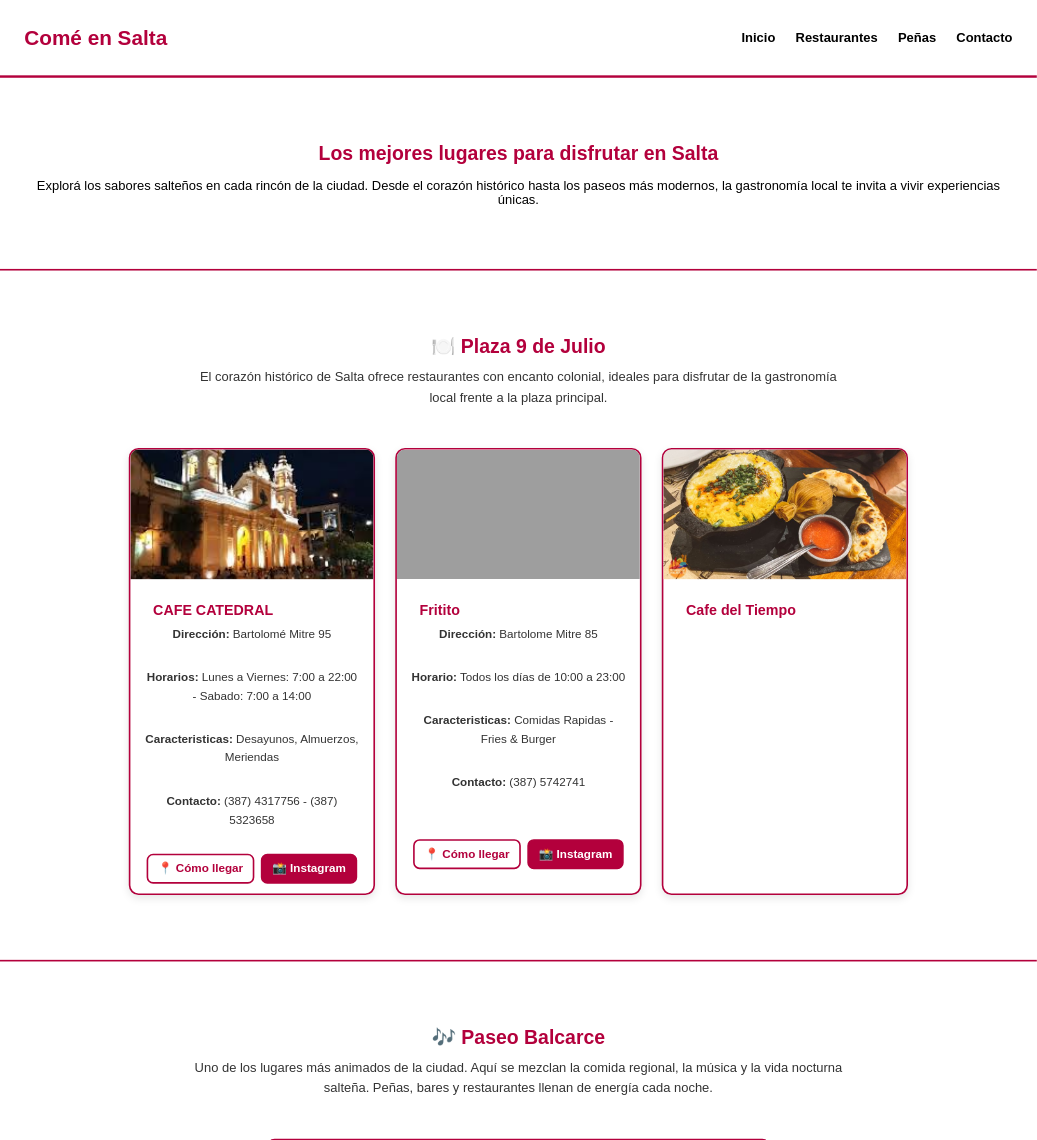
Repository: nahir95/come-en-salta
Page: restaurantes.html
The author's editor kept a copy of each file at every save. The page is drawn from the files as they stood at one save, then again after the next save.
The browser window is 1280 px wide. The pictures show the part of the page from y = 0 to 1408 px (the page is 4416 px tall), at 81% of full size.
Pictures or frames that could not be fetched are drawn as grey boxes.

Above is the page before, as saved 2025-11-12 01:35:52.

### restaurantes.html
<!doctype html>
<html lang="es">
<head>
  <meta charset="utf-8" />
  <meta name="viewport" content="width=device-width, initial-scale=1" />
  <title>Restaurantes - Comé en Salta</title>
  <link rel="stylesheet" href="style.css">
</head>

<body>
  <header>
    <h1>Comé en Salta</h1>
    <nav>
      <a href="index.html">Inicio</a>
      <a href="restaurantes.html">Restaurantes</a>
      <a href="penas.html">Peñas</a>
      <a href="#contacto">Contacto</a>
    </nav>
  </header>

  <main class="restaurantes">
    <section class="intro">
      <h2>Los mejores lugares para disfrutar en Salta</h2>
      <p>Explorá los sabores salteños en cada rincón de la ciudad. Desde el corazón histórico hasta los paseos más modernos, la gastronomía local te invita a vivir experiencias únicas.</p>
    </section>

    <!-- PLAZA 9 DE JULIO -->
<section id="plaza9" class="zona">
  <h2>🍽️ Plaza 9 de Julio</h2>
  <p>El corazón histórico de Salta ofrece restaurantes con encanto colonial, ideales para disfrutar de la gastronomía local frente a la plaza principal.</p>

  <div class="zona-grid">

    <!-- Restaurante 1 -->
    <article class="card restaurante">
      <img src="imagenes/cafe-catedral.jpeg" alt="El Solar del Convento">
      <div class="card-content">
        <h3>CAFE CATEDRAL</h3>
        <p><strong>Dirección:</strong> Bartolomé Mitre 95</p>
        <p><strong>Horarios:</strong> Lunes a Viernes: 7:00 a 22:00 - Sabado: 7:00 a 14:00</p>
        <p><strong>Caracteristicas:</strong> Desayunos, Almuerzos, Meriendas</p>
        <p><strong>Contacto:</strong> (387) 4317756 - (387) 5323658</p>
        <div class="btns-resto">
          <a href="https://maps.app.goo.gl/VMKrjFsvunXBDcr2A" target="_blank" class="btn">📍 Cómo llegar</a>
          <a href="https://www.instagram.com/cafecatedral_?igsh=MnE1amYwa3dqeDF6" target="_blank" class="btn btn-secundario">📸 Instagram</a>
        </div>
      </div>
    </article>

    <!-- Restaurante 2 -->
    <article class="card restaurante">
      <img src="https://images.unsplash.com/photo-1565299624946-b28f40a0ae38?w=800" alt="Fritito">
      <div class="card-content">
        <h3>Fritito</h3>
        <p><strong>Dirección:</strong> Bartolome Mitre 85</p>
        <p><strong>Horario:</strong> Todos los días de 10:00 a 23:00</p>
        <p><strong>Caracteristicas:</strong> Comidas Rapidas - Fries & Burger</p>
        <p><strong>Contacto:</strong> (387) 5742741</p> <br>
        <div class="btns-resto">
          <a href="https://maps.app.goo.gl/fA5zTu5r4aBTFWrC6?g_st=aw" target="_blank" class="btn">📍 Cómo llegar</a>
          <a href="https://www.instagram.com/fritito.salta?igsh=MXFieXNvZHdlZHZzZg==" target="_blank" class="btn btn-secundario">📸 Instagram</a>
        </div>
      </div>
    </article>

    <!-- Restaurante 3 -->
     <article class="card restaurante">
      <img src="imagenes/carrusel-1.jpg" alt="Cafe del Tiempo">
      <div class="card-content">
        <h3>Cafe del Tiempo</h3>
      </div>

     </article>

  </div>
</section>


    <!-- PASEO BALCARCE -->
    <section id="balcarce" class="zona">
      <h2>🎶 Paseo Balcarce</h2>
      <p>Uno de los lugares más animados de la ciudad. Aquí se mezclan la comida regional, la música y la vida nocturna salteña. Peñas, bares y restaurantes llenan de energía cada noche.</p>

      <div class="zona-grid">
        <article class="card">
          <img src="https://images.unsplash.com/photo-1528605248644-14dd04022da1?w=800" alt="Paseo Balcarce Salta">
          <h3>La Vieja Estación</h3>
          <p>Tradicional peña y restaurante con show en vivo. Ideal para probar empanadas y locro.</p>
        </article>
        <article class="card">
          <img src="https://images.unsplash.com/photo-1600891964599-f61ba0e24092?w=800" alt="Restaurante moderno en Balcarce">
          <h3>La Monumental</h3>
          <p>Restaurante moderno con opciones gourmet y coctelería de autor.</p>
        </article>
      </div>
    </section>

    <!-- PASEO GÜEMES -->
    <section id="guemes" class="zona">
      <h2>🍷 Paseo Güemes</h2>
      <p>La zona joven y moderna de Salta. Ideal para quienes buscan cocina contemporánea, bares y terrazas con estilo. Un punto de encuentro entre turistas y locales.</p>

      <div class="zona-grid">
        <article class="card">
          <img src="https://images.unsplash.com/photo-1615719413546-198b25453f85?w=800" alt="Paseo Güemes">
          <h3>El Charrúa</h3>
          <p>Especialidad en carnes a la parrilla y vinos de altura. Un clásico salteño imperdible.</p>
        </article>
        <article class="card">
          <img src="https://images.unsplash.com/photo-1551218808-94e220e084d2?w=800" alt="Café moderno">
          <h3>Baco Resto Bar</h3>
          <p>Ambiente moderno y excelente coctelería, ideal para compartir entre amigos.</p>
        </article>
      </div>
    </section>

    <!-- CADENAS DE COMIDAS RÁPIDAS -->
    <section id="rapidas" class="zona">
      <h2>🍔 Cadenas de Comidas Rápidas</h2>
      <p>También hay opciones para quienes buscan algo rápido y conocido. Las principales cadenas se encuentran cerca del centro y los shoppings.</p>

      <ul class="lista-rapidas">
        <li>McDonald’s – Shopping Alto NOA</li>
        <li>Burger King – Caseros 500</li>
        <li>Mostaza – Paseo Güemes</li>
        <li>Subway – Balcarce 50</li>
      </ul>
    </section>

    <!-- EXTRA: RESTAURANTES DESTACADOS -->
    <section id="destacados" class="zona">
      <h2>⭐ Recomendados por los turistas</h2>
      <p>Según visitantes y locales, estos son algunos de los restaurantes imperdibles para vivir la experiencia completa de la gastronomía salteña.</p>
      <div class="zona-grid">
        <article class="card">
          <img src="https://images.unsplash.com/photo-1504674900247-0877df9cc836?w=800" alt="Empanadas salteñas">
          <h3>Doña Salta</h3>
          <p>Empanadas caseras, locro y guisos típicos en un ambiente colonial.</p>
        </article>
        <article class="card">
          <img src="https://images.unsplash.com/photo-1601924582971-c8b28a3a13f1?w=800" alt="Locro salteño">
          <h3>El Patio de la Empanada</h3>
          <p>Conocido por su sabor auténtico y precios populares. Ideal para turistas.</p>
        </article>
      </div>
    </section>
  </main>

  <footer>
    Creado con ❤️ por Comé en Salta · 2025
  </footer>
</body>
</html>

### style.css
/* ==========================
   ESTILOS GENERALES
========================== */
body {
  margin: 0;
  font-family: 'Poppins', sans-serif;
  background-color: #fff;
  color: #000;
}

/* ==========================
   HEADER
========================== */
header {
  display: flex;
  justify-content: space-between;
  align-items: center;
  background-color: #fff;
  padding: 15px 30px;
  border-bottom: 3px solid #b3003c;
}

header h1 {
  color: #b3003c;
  font-size: 1.6rem;
}

nav {
  display: flex;
  gap: 25px;
}

nav a {
  text-decoration: none;
  color: #000;
  font-weight: 600;
  transition: color 0.3s ease;
}

nav a:hover {
  color: #b3003c;
}

/* ==========================
   CARRUSEL (HERO)
========================== */
.hero {
  position: relative;
  width: 100%;
  overflow: hidden;
}

.carousel-container {
  position: relative;
  width: 100%;
  height: 80vh;
}

.carousel {
  display: flex;
  width: 300%;
  transition: transform 0.8s ease-in-out;
}

.carousel img {
  width: 100%;
  height: 80vh;
  object-fit: cover;
  filter: brightness(0.7);
}

/* Botones del carrusel */
.btn-carrusel {
  position: absolute;
  top: 50%;
  transform: translateY(-50%);
  background-color: rgba(179, 0, 60, 0.8);
  color: white;
  border: none;
  font-size: 2rem;
  padding: 10px 15px;
  cursor: pointer;
  border-radius: 50%;
  transition: background 0.3s ease;
}

.btn-carrusel:hover {
  background-color: #b3003c;
}

#prev { left: 20px; }
#next { right: 20px; }

/* Texto sobre el carrusel */
.overlay {
  position: absolute;
  top: 50%;
  left: 50%;
  transform: translate(-50%, -50%);
  color: white;
  text-align: center;
  text-shadow: 0 2px 5px rgba(0,0,0,0.7);
}

.overlay h2 {
  font-size: 2rem;
  color: #fff;
  margin-bottom: 10px;
}

.overlay p {
  font-size: 1.2rem;
}

/* ==========================
   SECCIÓN INICIO
========================== */
.inicio {
  text-align: center;
  padding: 80px 20px;
  background-color: #fff;
}

.inicio h2 {
  color: #b3003c;
  font-size: 2rem;
  margin-bottom: 15px;
}

.inicio p {
  max-width: 800px;
  margin: 0 auto 30px auto;
  color: #333;
  line-height: 1.6;
}

/* BOTONES PRINCIPALES */
.inicio-buttons .btn {
  display: inline-block;
  margin: 10px;
  padding: 12px 24px;
  border: 2px solid #b3003c;
  border-radius: 8px;
  color: #b3003c;
  background: transparent;
  text-decoration: none;
  font-weight: 600;
  transition: all 0.3s ease;
}

.inicio-buttons .btn:hover {
  background: #b3003c;
  color: white;
}
/* ==========================
   SECCIÓN "POR QUÉ COMER EN SALTA"
========================== */
.porque {
  text-align: center;
  padding: 60px 20px;
  background-color: #f7f7f7;
  border-top: 2px solid #b3003c;
  border-bottom: 2px solid #b3003c;
}

.porque h2 {
  color: #b3003c;
  margin-bottom: 15px;
}

.porque p {
  max-width: 800px;
  margin: auto;
  font-size: 1.1rem;
  color: #333;
  line-height: 1.6;
}

/* ==========================
   SABORES
========================== */
.sabores {
  padding: 60px 20px;
  background-color: #fff;
  text-align: center;
}

.sabores h2 {
  color: #b3003c;
  margin-bottom: 25px;
}

.sabores-grid {
  display: grid;
  grid-template-columns: repeat(auto-fit, minmax(220px, 1fr));
  gap: 25px;
}

.plato {
  background: #fff;
  border-radius: 12px;
  border: 2px solid #b3003c;
  overflow: hidden;
  transition: transform 0.3s ease, box-shadow 0.3s ease;
}

.plato:hover {
  transform: scale(1.05);
  box-shadow: 0 4px 12px rgba(0,0,0,0.15);
}

.plato img {
  width: 100%;
  height: 160px;
  object-fit: cover;
}

.plato h3 {
  padding: 12px;
  color: #b3003c;
}

/* ==========================
   FRASE FINAL
========================== */
.frase {
  background: #b3003c;
  color: white;
  text-align: center;
  padding: 40px 10px;
  font-style: italic;
  font-size: 1.2rem;
}

/* ==========================
   FOOTER
========================== */
footer {
  background-color: #fff;
  color: #333;
  text-align: center;
  padding: 20px;
  border-top: 3px solid #b3003c;
  font-weight: 500;
}
.carousel-container {
  position: relative;
  overflow: hidden;
  width: 100%;
  height: 400px;
}

.carousel {
  display: flex;
  transition: transform 1s ease;
  width: 100%;
  height: 100%;
}

.carousel img {
  flex: 0 0 100%;
  width: 100%;
  height: 100%;
  object-fit: cover;
}
/* ==========================
   RESTAURANTES
========================== */
.restaurantes .intro {
  text-align: center;
  padding: 60px 20px;
}

.restaurantes .intro h2 {
  color: #b3003c;
  margin-bottom: 10px;
}

.restaurantes .zona {
  padding: 60px 20px;
  border-top: 2px solid #b3003c;
  background-color: #fff;
}

.restaurantes .zona h2 {
  color: #b3003c;
  margin-bottom: 10px;
  text-align: center;
}

.restaurantes .zona p {
  text-align: center;
  max-width: 800px;
  margin: 0 auto 30px auto;
  line-height: 1.6;
  color: #333;
}

.zona-grid {
  display: grid;
  grid-template-columns: repeat(auto-fit, minmax(250px, 1fr));
  gap: 25px;
}

.card {
  background: #fff;
  border: 2px solid #b3003c;
  border-radius: 10px;
  overflow: hidden;
  transition: transform 0.3s ease, box-shadow 0.3s ease;
}

.card:hover {
  transform: scale(1.05);
  box-shadow: 0 4px 12px rgba(0,0,0,0.15);
}

.card img {
  width: 100%;
  height: 180px;
  object-fit: cover;
}

.card h3 {
  margin: 12px;
  color: #b3003c;
}

.card p {
  margin: 0 12px 15px 12px;
  color: #333;
}

.lista-rapidas {
  max-width: 600px;
  margin: 0 auto;
  list-style: none;
  padding: 0;
  text-align: center;
}

.lista-rapidas li {
  background: #f8f8f8;
  border: 1px solid #b3003c;
  padding: 10px;
  border-radius: 6px;
  margin-bottom: 8px;
  color: #333;
  transition: background 0.3s;
}

.lista-rapidas li:hover {
  background: #b3003c;
  color: white;
}
/* === Contenedor general de las tarjetas === */
.zona-grid {
  display: flex;
  flex-wrap: wrap;
  justify-content: center; /* 🔹 centra todas las tarjetas */
  gap: 25px; /* espacio entre tarjetas */
  max-width: 1000px; /* 🔹 limita el ancho total del grid */
  margin: 0 auto; /* centra el bloque en la página */
  padding: 20px;
}

/* === Tarjetas de restaurantes === */
.restaurante {
  background: #fff;
  border: 2px solid #b3003c;
  border-radius: 12px;
  overflow: hidden;
  flex: 1 1 calc(33.333% - 40px); /* 🔹 3 por fila con espacio */
  max-width: 300px; /* evita que crezcan demasiado */
  box-shadow: 0 4px 10px rgba(0,0,0,0.1);
  transition: transform 0.3s ease, box-shadow 0.3s ease;
}

.restaurante:hover {
  transform: translateY(-5px);
  box-shadow: 0 6px 16px rgba(0,0,0,0.15);
}

.restaurante img {
  width: 100%;
  height: 160px;
  object-fit: cover;
}

.restaurante .card-content {
  padding: 12px 16px;
}

.restaurante h3 {
  color: #b3003c;
  font-size: 1.1rem;
  margin-bottom: 8px;
}

.restaurante p {
  color: #333;
  margin: 4px 0;
  font-size: 0.9rem;
}

/* === Botones === */
.btns-resto {
  display: flex;
  justify-content: center;
  gap: 8px;
  margin-top: 10px;
  flex-wrap: wrap;
}

.btns-resto .btn {
  display: inline-block;
  text-align: center;
  padding: 8px 12px;
  border: 2px solid #b3003c;
  border-radius: 8px;
  text-decoration: none;
  color: #b3003c;
  font-weight: 600;
  transition: all 0.3s ease;
  font-size: 0.9rem;
}

.btns-resto .btn:hover {
  background: #b3003c;
  color: #fff;
}

.btns-resto .btn-secundario {
  background: #b3003c;
  color: #fff;
}

.btns-resto .btn-secundario:hover {
  background: transparent;
  color: #b3003c;
}

After the next save:
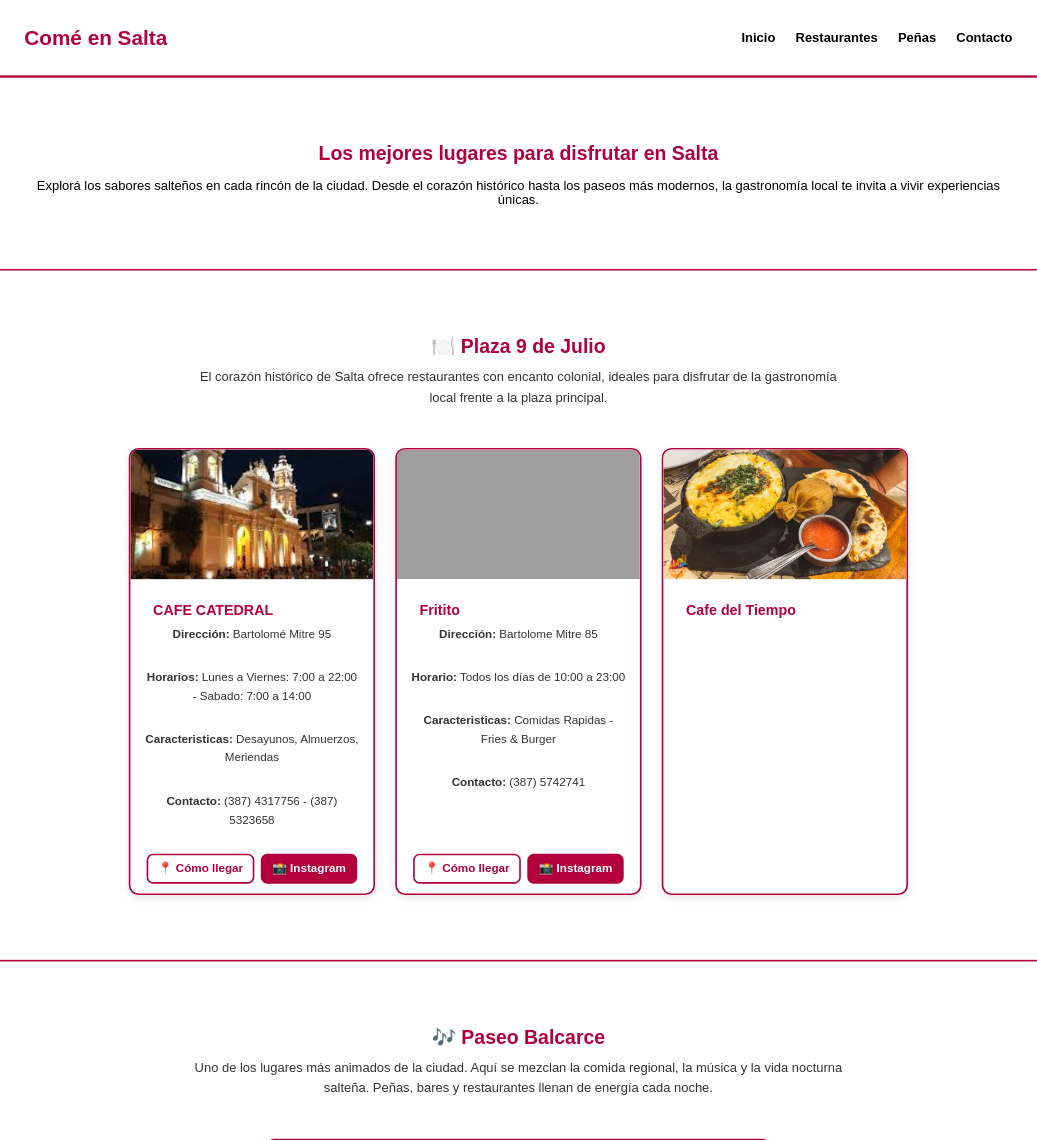
Saved 36 s later.
--- a/restaurantes.html
+++ b/restaurantes.html
@@ -55,7 +55,7 @@
         <p><strong>Dirección:</strong> Bartolome Mitre 85</p>
         <p><strong>Horario:</strong> Todos los días de 10:00 a 23:00</p>
         <p><strong>Caracteristicas:</strong> Comidas Rapidas - Fries & Burger</p>
-        <p><strong>Contacto:</strong> (387) 5742741</p> <br>
+        <p><strong>Contacto:</strong> (387) 5742741</p> <br> <br>
         <div class="btns-resto">
           <a href="https://maps.app.goo.gl/fA5zTu5r4aBTFWrC6?g_st=aw" target="_blank" class="btn">📍 Cómo llegar</a>
           <a href="https://www.instagram.com/fritito.salta?igsh=MXFieXNvZHdlZHZzZg==" target="_blank" class="btn btn-secundario">📸 Instagram</a>
